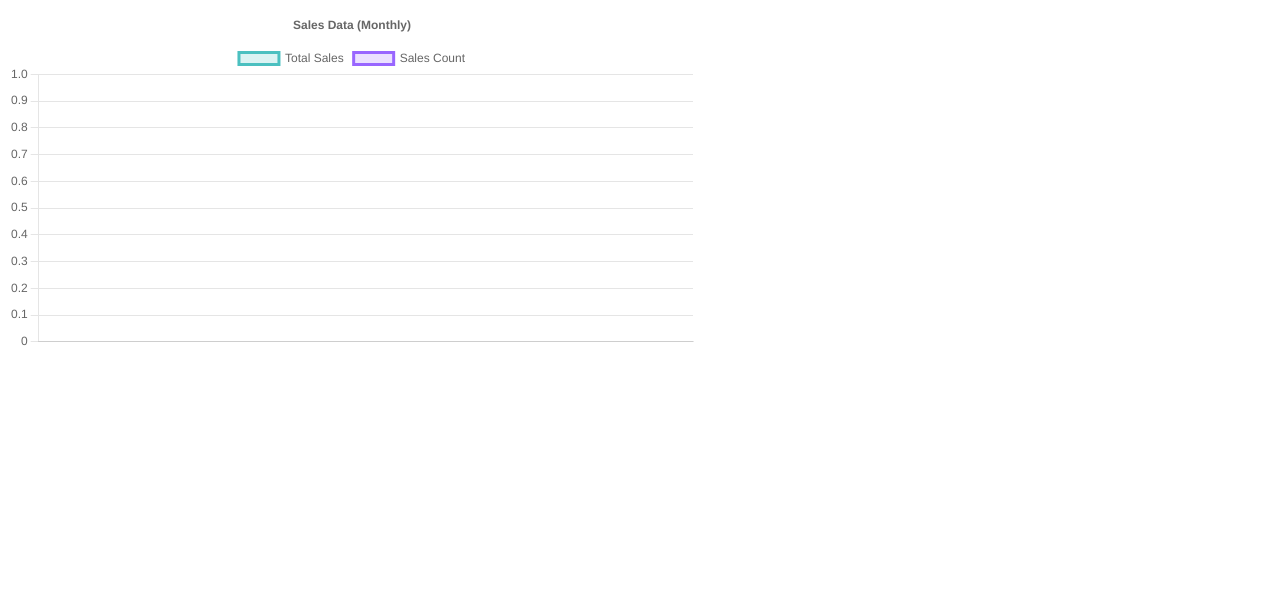
Repository: Qu4ntumGuy/visualize-it
Page: / (app in frontend/)
The author's editor kept a copy of each file at every save. The page is drawn from the files as they stood at one save, then again after the next save.
The browser window is 1280 px wide. The pictures show the whole page.
The page's requests for data from a server got no answer. The project was rebuilt for these pictures with package versions that can differ from the ones it lists, and the page was loaded fresh each time. No one was signed in, and anything a server would have sent is missing.

Above is the page before, as saved 2024-08-19 13:49:20.

After the next save:
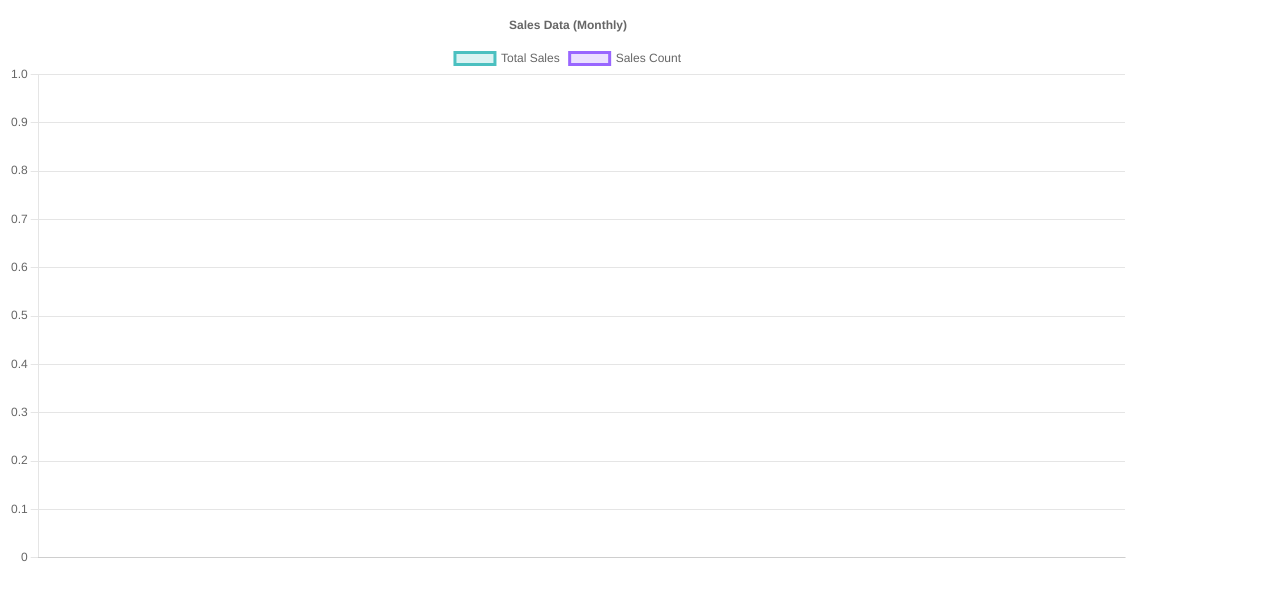
Saved 6 s later.
--- a/frontend/src/App.js
+++ b/frontend/src/App.js
@@ -24,7 +24,7 @@ function App() {
 
   return (
     <div className="h-screen overflow-hidden">
-      <div className="p-2 h-[50%] w-full">
+      <div className="p-2 h-[80%] w-full">
         <TotalSales dataType={dataType} fetchedData={data} />
       </div>
     </div>
